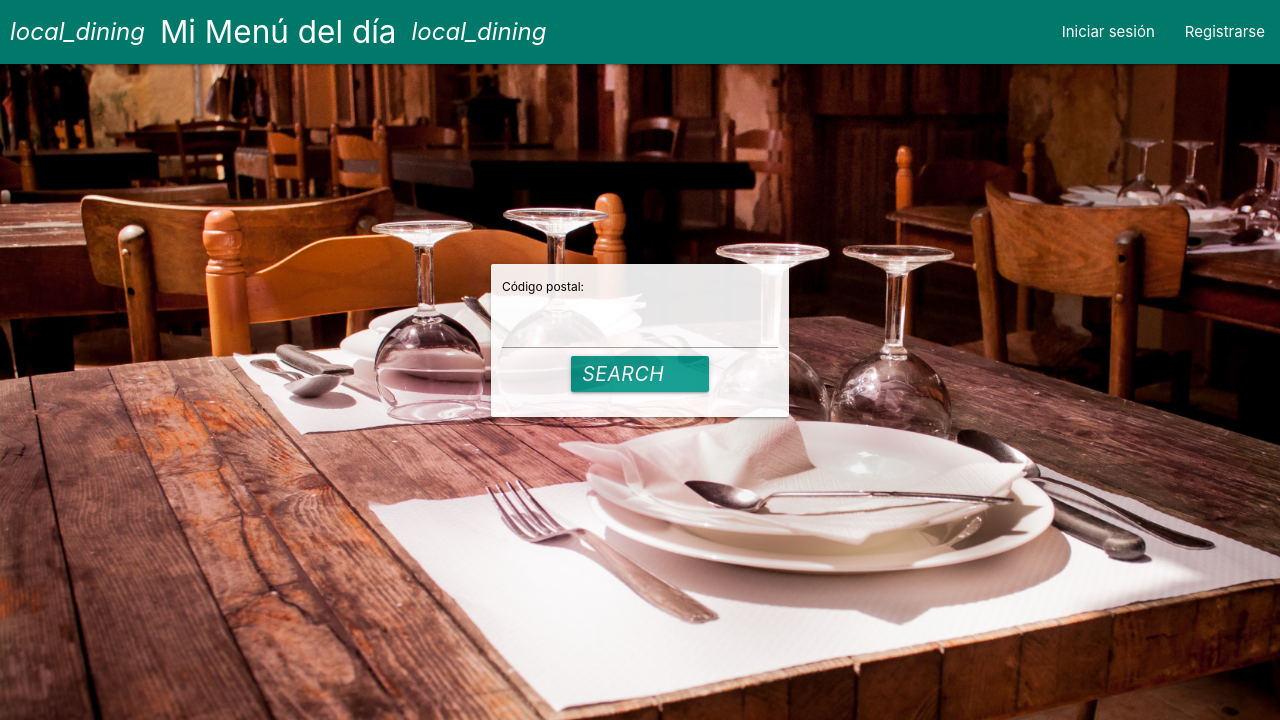
Repository: ixtab/ProyectoJavaRestaurante
Page: http://localhost/MiMenu/
An editor plug-in stored every save of this project. The page is shown before and after the next save, followed by the edit.
The browser window is 1280 px wide. The pictures show the whole page.
The page is served by Tomcat 9.

Above is the page before, as saved 2019-03-17 19:52:37.

### MiMenu/WebContent/index.jsp
<%@ page language="java" contentType="text/html; charset=ISO-8859-1"
    pageEncoding="ISO-8859-1"%>
<!DOCTYPE html>
<html>
<head>
	<meta charset="utf-8">
      <link href="https://fonts.googleapis.com/icon?family=Material+Icons" rel="stylesheet">
      <link type="text/css" rel="stylesheet" href="css/materialize.min.css"  media="screen,projection"/>
      <link type="text/css" rel="stylesheet" href="css/style.css" />
      <meta name="viewport" content="width=device-width, initial-scale=1.0"/>
	<title>Mi Menú del día</title>

</head>
<body>

	<header>
			<nav>
			    <div class="teal darken-2 nav-wrapper">
			      <a href="#" class="brand-logo"><i class="large material-icons">local_dining</i> Mi Menú del día <i class="large material-icons right">local_dining</i></a>
			      <ul id="nav-mobile" class="right hide-on-med-and-down">
			        <li><a href="iniciar.jsp">Iniciar sesión</a></li>
			        <li><a href="registro.jsp">Registrarse</a></li>
			      </ul>
			    </div>
			  </nav>
		</header>

	<div class="trans margen-superior container row">
		<div class="margen-superior card-panel col s4 offset-s4 padding">

			<form class = "flow-text">
				<label >Código postal:<input type="text" id="cp"></label>
			</form>
			<a class=" margen-inferior waves-effect waves-light btn teal col s6 offset-s3 hoverable" onclick="buscar()"><i class="material-icons left">search</i>Buscar</a>
		</div>
	</div>


	<script type="text/javascript" src="js/materialize.min.js"></script>
</body>
</html>

### MiMenu/WebContent/css/style.css
html {
    background: url(../img/fondo.jpg) no-repeat center center fixed;
    -webkit-background-size: cover;
    -moz-background-size: cover;
    -o-background-size: cover;
    background-size: cover;
}

body {

}

label {
	color: black;
}

.margen-superior {
	margin-top: 100px;
}

.margen-inferior {
	margin-bottom: 25px;
}

.mapa {
	display: none;
}

.trans {
	opacity: 0.9;
}
.brand-logo {
	padding-left: 10px !important;
}

Loaded but not shown: MiMenu/WebContent/css/materialize.min.css (library); MiMenu/WebContent/js/materialize.min.js (library)

After the next save:
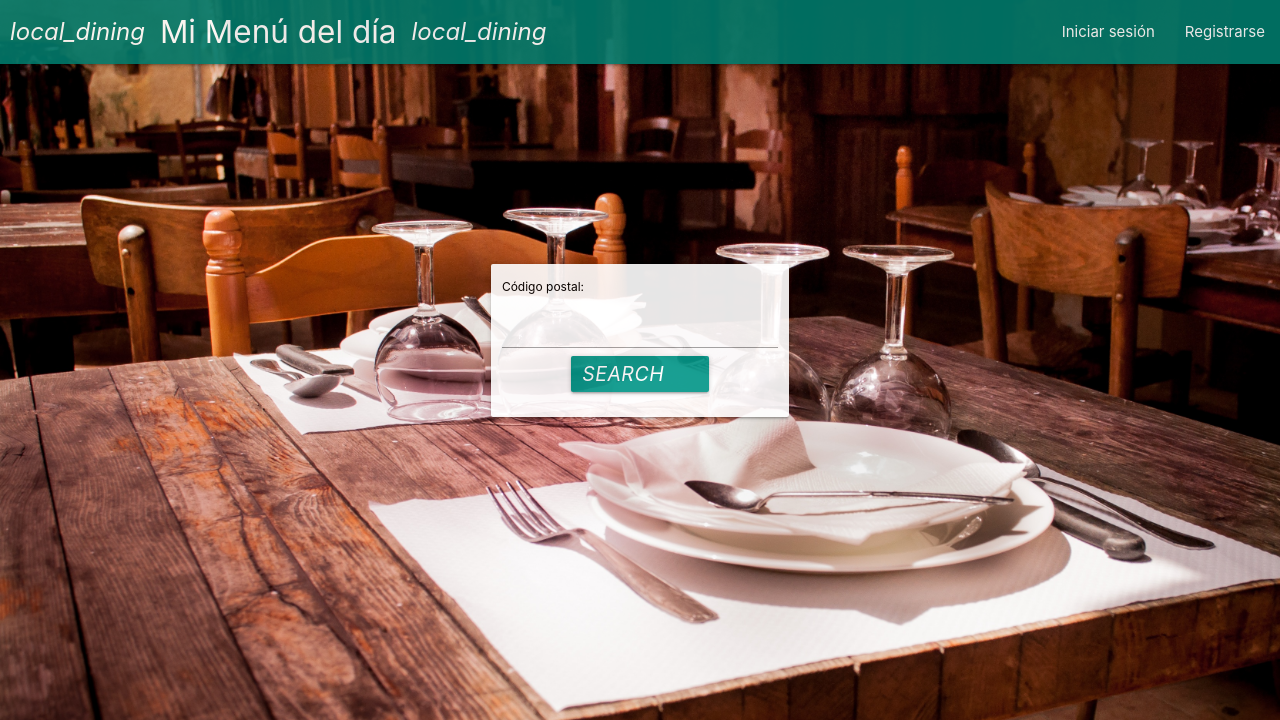
Saved 19 s later.
--- a/MiMenu/WebContent/index.jsp
+++ b/MiMenu/WebContent/index.jsp
@@ -13,7 +13,7 @@
 </head>
 <body>
 
-	<header>
+	<header class ="trans">
 			<nav>
 			    <div class="teal darken-2 nav-wrapper">
 			      <a href="#" class="brand-logo"><i class="large material-icons">local_dining</i> Mi Menú del día <i class="large material-icons right">local_dining</i></a>
